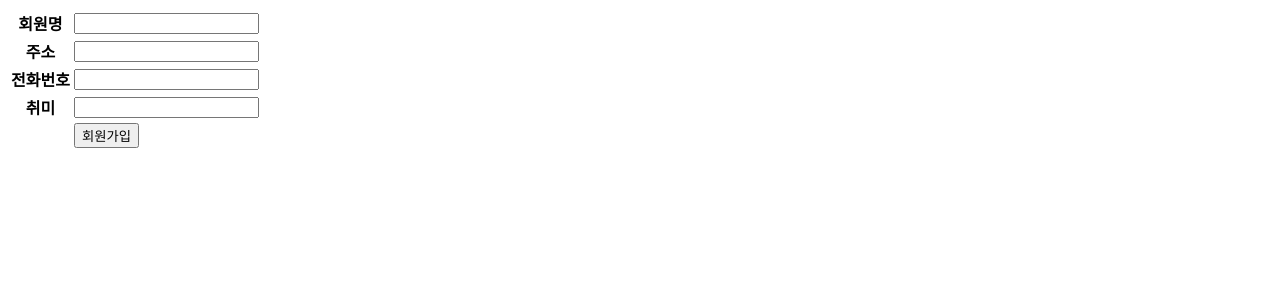
Repository: hyeri-seo/JSP
Page: Hello/src/main/webapp/memReg.html
An editor plug-in stored every save of this project. The page is shown before and after the next save, followed by the edit.
The browser window is 1280 px wide. The pictures show the whole page.

Above is the page before, as saved 2023-09-19 05:21:27.

After the next save:
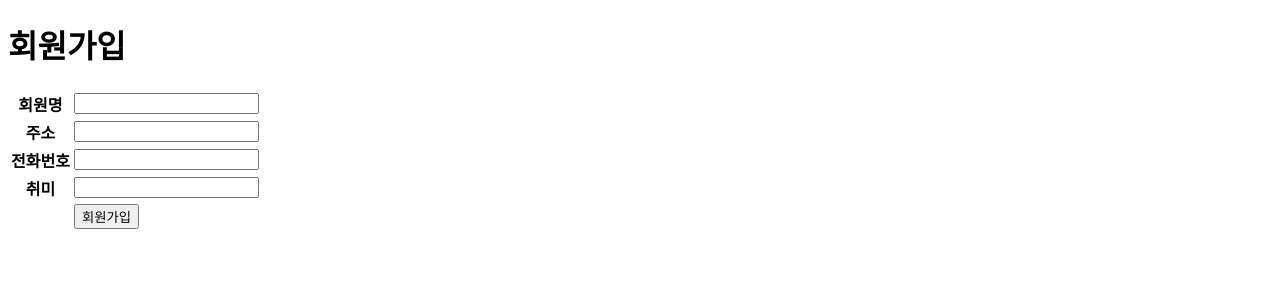
Saved 12 s later.
--- a/Hello/src/main/webapp/memReg.html
+++ b/Hello/src/main/webapp/memReg.html
@@ -5,6 +5,7 @@
 <title>Insert title here</title>
 </head>
 <body>
+<h1>회원가입</h1>
 <form action="signup" method="post">
 <table>
 	<tr><th>회원명</th><td><input type="text" name="name"></td></tr>
